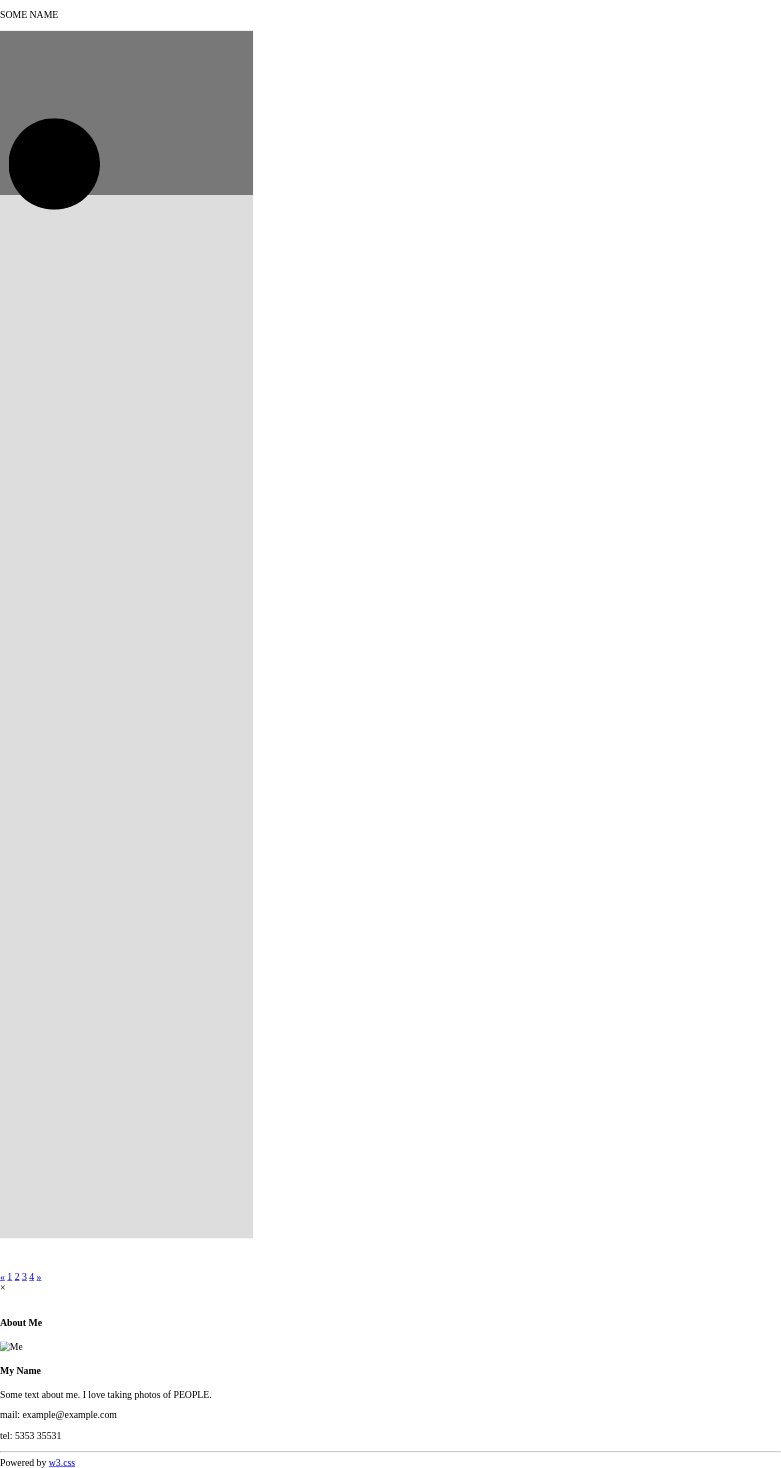
Repository: Jennica1/Frontend-Final
Page: index.html
These files come from the project's save history. The page is drawn as it stood at one moment and after the next save; the edit follows.
The browser window is 1280 px wide. The pictures show the whole page, at 61% of full size.

Above is the page before, as saved 2024-05-09 20:59:04.

### index.html
<!DOCTYPE html>
<html lang="en">
<head>
<title>W3.CSS Template</title>
<meta charset="UTF-8">
<meta name="viewport" content="width=device-width, initial-scale=1">
<link rel="stylesheet" href="style.css">
<body>

<!-- Top menu on small screens -->
<header class="header">
  <p>SOME NAME</p>

</header>

<!--Side Nav-->
<div class="sidebar">
<img src="images/Ellipse 1.svg" class="profile" width="150px"/>
<img src="images/Rectangle 2.svg" class="background-photo"/>
</div>


<!-- Overlay effect when opening sidebar on small screens -->
<div class="" onclick="w3_close()" style="" title="" id="myOverlay"></div>

<!-- !PAGE CONTENT! -->
<div class="" style="">

  <!-- Push down content on small screens -->
  <div class="" style=""></div>

  <!-- Photo grid -->
  <div class="">
    <div class="w3-third">
      <img src="" style="width:100%" onclick="onClick(this)" alt="">
      <img src="" style="width:100%" onclick="onClick(this)" alt="">
      <img src="" style="width:100%" onclick="onClick(this)" alt="">
    </div>

  <div class="">
      <img src="" style="width:100%" onclick="onClick(this)" alt="">
      <img src="" style="width:100%" onclick="onClick(this)" alt="">
      <img src="" style="width:100%" onclick="onClick(this)" alt="">
  </div>

  <div class="">
      <img src="" style="width:100%" onclick="onClick(this)" alt="">
      <img src="" style="width:100%" onclick="onClick(this)" alt="">
      <img src="" style="width:100%" onclick="onClick(this)" alt="">
    </div>
  </div>

  <!-- Pagination -->
  <div class="">
    <div class="">
      <a href="#" class="">«</a>
      <a href="#" class="">1</a>
      <a href="#" class="">2</a>
      <a href="#" class="">3</a>
      <a href="#" class="">4</a>
      <a href="#" class="">»</a>
    </div>
  </div>

  <!-- Modal for full size images on click-->
  <div id="modal01" class="" style="" onclick="this.style.display='none'">
    <span class="">×</span>
    <div class="">
      <img id="" class="">
      <p id="caption"></p>
    </div>
  </div>

  <!-- About section -->
  <div class="" id="about">
    <h4><b>About Me</b></h4>
    <img src="" alt="Me" class="" width="600" height="650">
    <div class="" style="">
      <h4>My Name</h4>
      <p>Some text about me. I love taking photos of PEOPLE.
      </p>
      <p>mail: example@example.com</p>
      <p>tel: 5353 35531</p>
      <hr class="">

  <!-- Footer -->
  </footer>

  <div class="w3-black w3-center w3-padding-24">Powered by <a href="https://www.w3schools.com/w3css/default.asp" title="W3.CSS" target="_blank" class="w3-hover-opacity">w3.css</a></div>

<!-- End page content -->
</div>

<script>
function w3_open() {
  document.getElementById("mySidebar").style.display = "block";
  document.getElementById("myOverlay").style.display = "block";
}

function w3_close() {
  document.getElementById("mySidebar").style.display = "none";
  document.getElementById("myOverlay").style.display = "none";
}

// Modal Image Gallery
function onClick(element) {
  document.getElementById("img01").src = element.src;
  document.getElementById("modal01").style.display = "block";
  var captionText = document.getElementById("caption");
  captionText.innerHTML = element.alt;
}
</script>


</body>
</html>

### style.css
body {
  display: flex;
  justify-content: center;
  flex-direction: column;
  min-height: 100%;
  margin: 0;
}

.sidebar {
  display: flex;
  width: 415px;
  height: 1980px;
  background-color: rgb(221, 221, 221);
  z-index: 0;
}

.profile {
  z-index: 1;
  position: absolute;
  margin-top: 20vh;
  margin-left: 2vh;
}

.background-photo {
  z-index: 0;
  position: absolute;
}

After the next save:
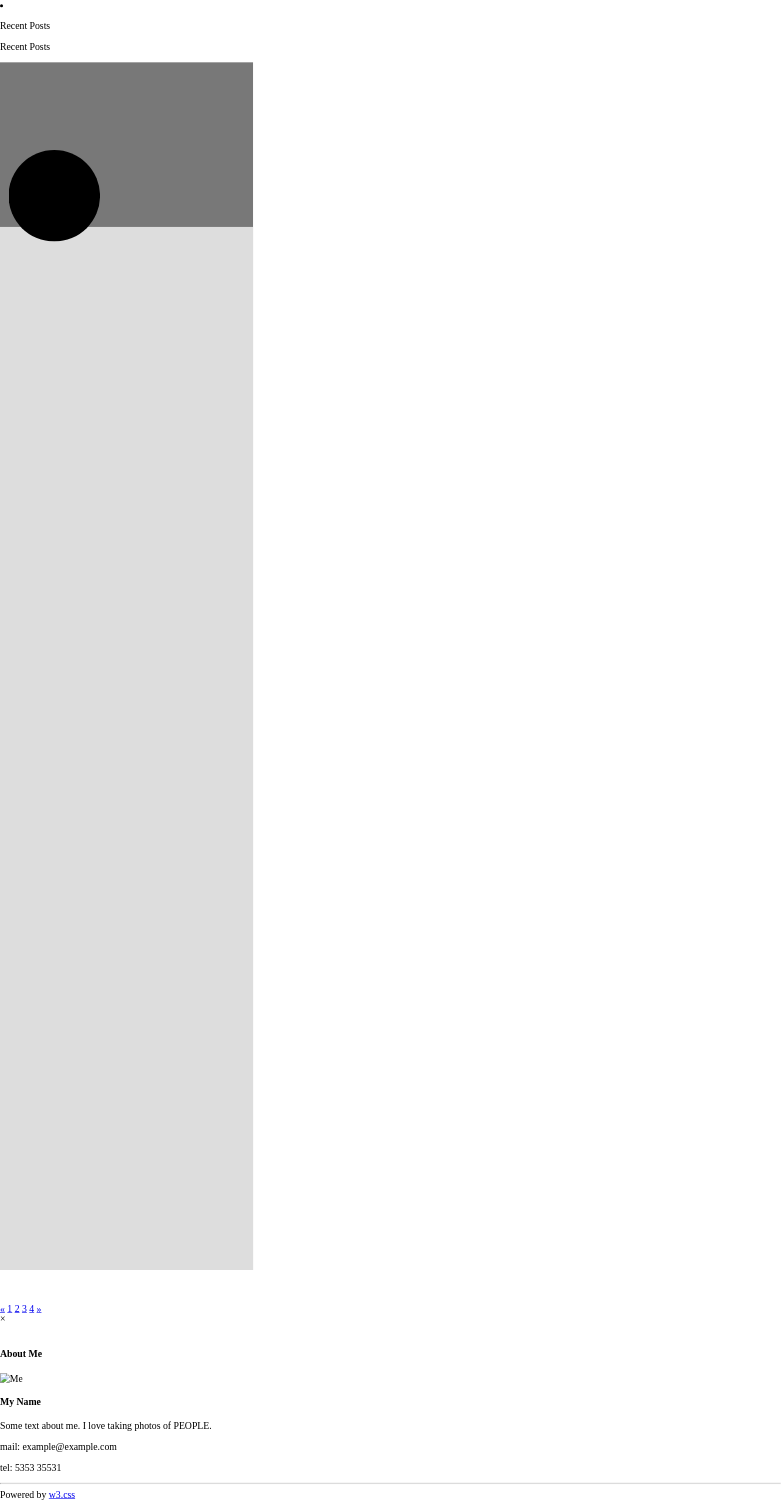
Saved 26 s later.
--- a/index.html
+++ b/index.html
@@ -9,8 +9,10 @@
 
 <!-- Top menu on small screens -->
 <header class="header">
-  <p>SOME NAME</p>
-
+  <li>
+  <p>Recent Posts</p>
+  <p>Recent Posts</p>
+  </li>
 </header>
 
 <!--Side Nav-->
